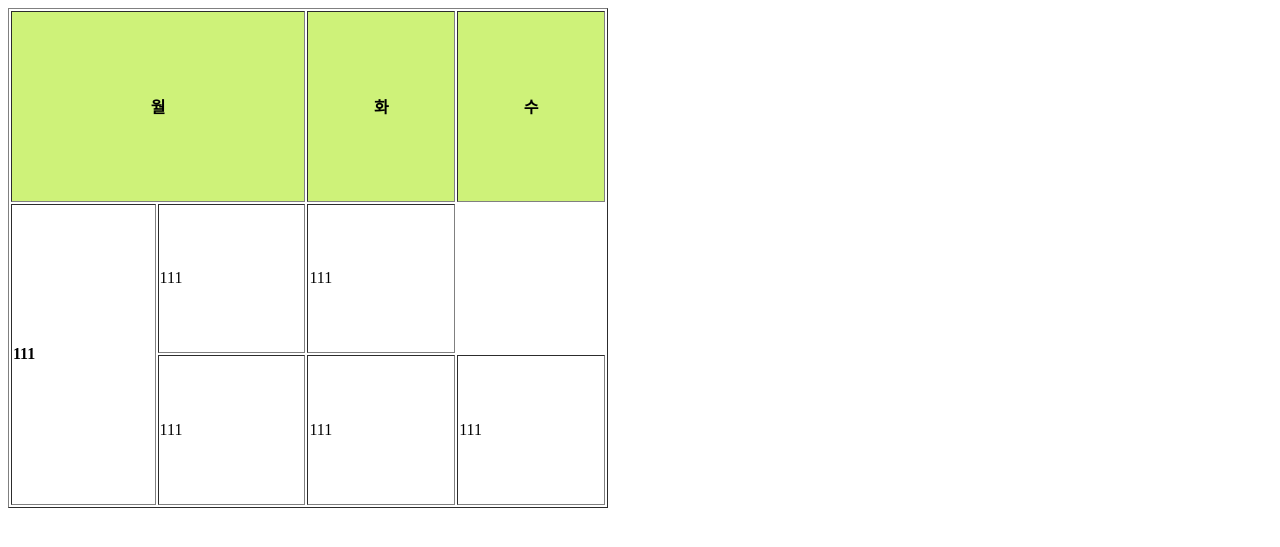
Repository: cleangggg/front
Page: html/ex06.html
An editor plug-in stored every save of this project. The page is shown before and after the next save, followed by the edit.
The browser window is 1280 px wide. The pictures show the whole page.

Above is the page before, as saved 2023-05-22 04:53:26.

### html/ex06.html
<!DOCTYPE html>
<html>
<head>
<meta charset="UTF-8">
<title>Insert title here</title>
</head>
<body>
<table border = "1" height = "500" width = "600">
		<tr bgcolor="#CEF279">
			<th colspan="2">월</th> <th>화</th> <th>수</th>
		</tr>
		<tr>
			<td rowspan="2"><b>111</b></td> <td>111</td> <td>111</td>
		</tr>
		<tr>
			<td>111</td> <td>111</td> <td>111</td>
		</tr>
	</table>

</body>
</html>

After the next save:
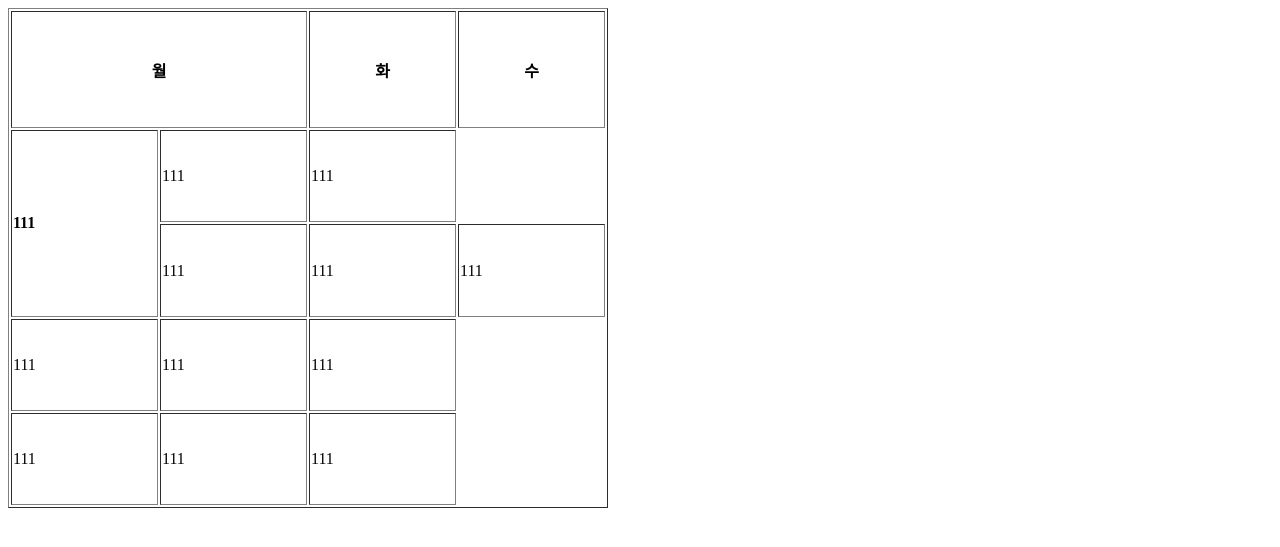
Saved 56 s later.
--- a/html/ex06.html
+++ b/html/ex06.html
@@ -6,7 +6,7 @@
 </head>
 <body>
 <table border = "1" height = "500" width = "600">
-		<tr bgcolor="#CEF279">
+		<tr >
 			<th colspan="2">월</th> <th>화</th> <th>수</th>
 		</tr>
 		<tr>
@@ -15,6 +15,13 @@
 		<tr>
 			<td>111</td> <td>111</td> <td>111</td>
 		</tr>
+		<tr>
+			<td>111</td> <td>111</td> <td>111</td>
+		</tr>
+		<tr>
+			<td>111</td> <td>111</td> <td>111</td>
+		</tr>
+
 	</table>
 
 </body>
